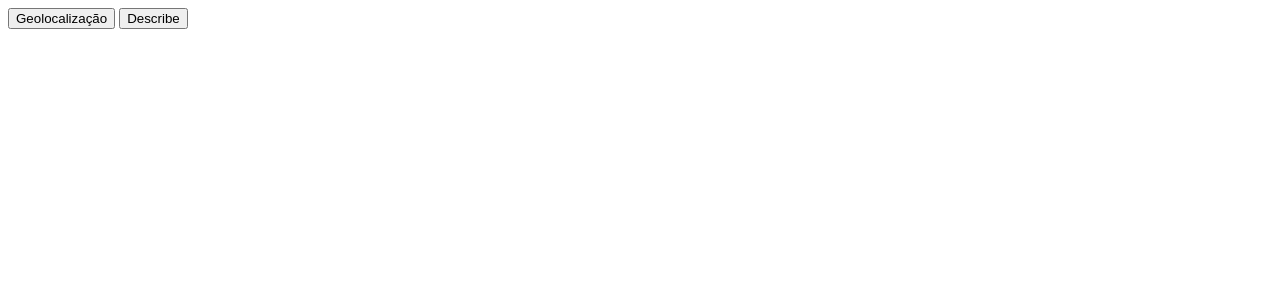
Repository: umlaufisadora/api-weather-physics
Page: index.html
An editor plug-in stored every save of this project. The page is shown before and after a run of saves, followed by the edit.
The browser window is 1280 px wide. The pictures show the whole page.
After loading, the first visible `#btn-describe` was clicked once.

Above is the page before, as saved 2026-07-24 20:29:23.

### index.html
<!DOCTYPE html>
<html lang="en">
<head>
    <meta charset="UTF-8">
    <meta name="viewport" content="width=device-width, initial-scale=1.0">

    <link rel="stylesheet" href="./style.css">

    <title>API TEST </title>
</head>
<body>

    <main>
        <button id="btn-geolocation">Geolocalização</button>
        <button id="btn-describe">Describe</button>

        <ul id="listinha">

        </ul>
    </main>

    <script src="./app.js"></script>
</body>
</html>

### app.js
const describe = document.getElementById('btn-describe');

describe.addEventListener('click', () =>
{
    const list = document.createElement('li');

    list.classList.add('button');

    const content = `<input placeholder="Digite o nome da cidade..." id="input-list"></input>`;

    list.innerHTML = content;
    list.appendChild
});

Loaded but not shown: style.css (no stored copy; drawn as an empty file)

After the next 2 saves:
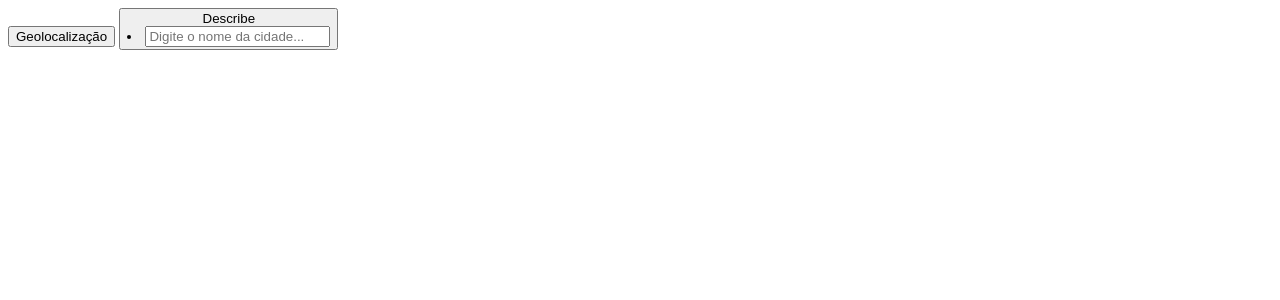
The 2 saves are shown as one change because they came seconds apart.
The last was saved 27 s later.
--- a/app.js
+++ b/app.js
@@ -9,5 +9,5 @@ describe.addEventListener('click', () =>
     const content = `<input placeholder="Digite o nome da cidade..." id="input-list"></input>`;
 
     list.innerHTML = content;
-    list.appendChild
+    describe.appendChild(list)
 });
